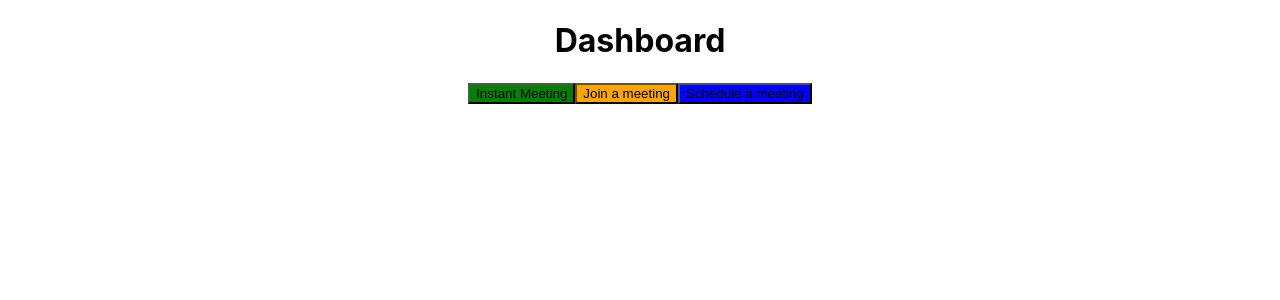
Repository: sreech465/myexam
Page: /smeet
An editor plug-in stored every save of this project. The page is shown before and after the next save, followed by the edit.
The browser window is 1280 px wide. The pictures show the whole page.
The project was rebuilt for these pictures with package versions that can differ from the ones it lists, and the page was loaded fresh each time.

Above is the page before, as saved 2023-01-14 14:39:32.

After the next save:
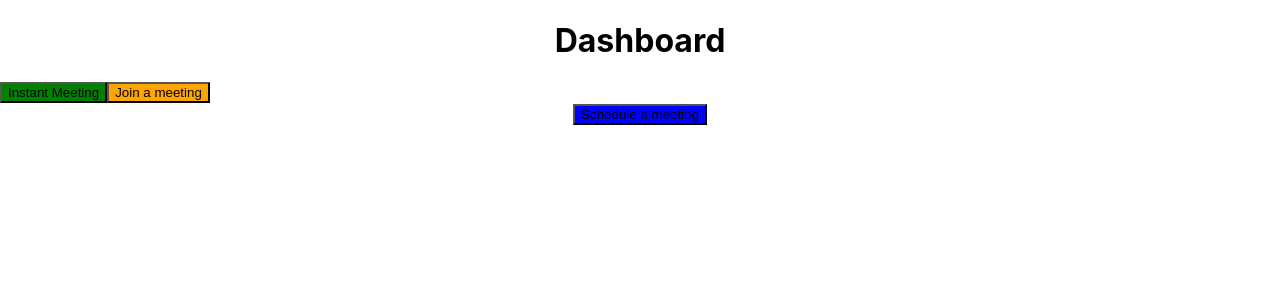
Saved 49 s later.
--- a/src/App.js
+++ b/src/App.js
@@ -5,8 +5,10 @@ function App() {
   return (
     <div className="App">
       <h1>Dashboard</h1>
-      <button style={{ backgroundColor: "green" }}>Instant Meeting</button>
-      <button style={{ backgroundColor: "orange" }}>Join a meeting</button>
+      <div style={{ display: "flex" }}>
+        <button style={{ backgroundColor: "green" }}>Instant Meeting</button>
+        <button style={{ backgroundColor: "orange" }}>Join a meeting</button>
+      </div>
       <button style={{ backgroundColor: "blue" }}>Schedule a meeting</button>
     </div>
   );
